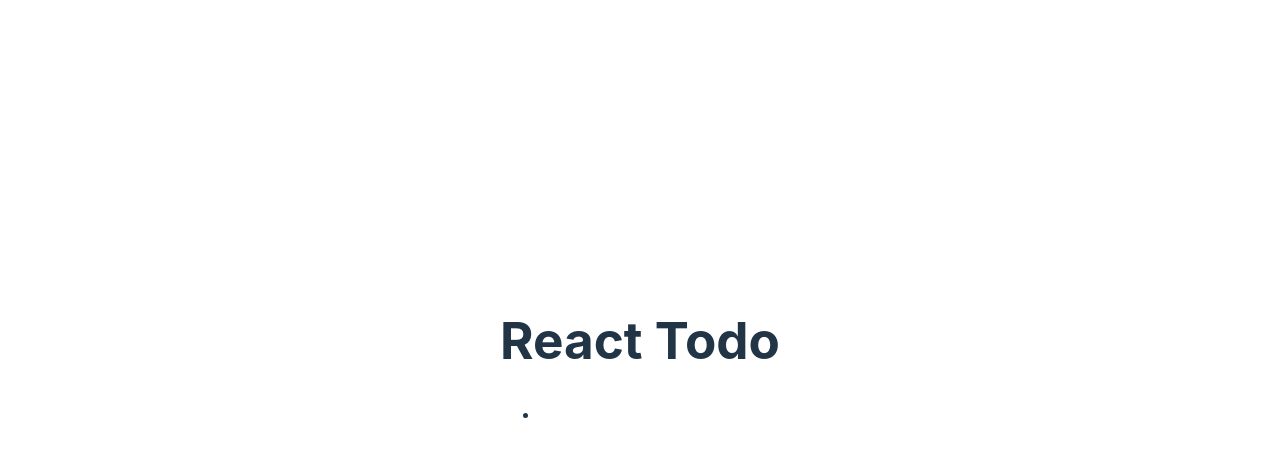
Repository: feyroozecode/React-Todo
Page: /
An editor plug-in stored every save of this project. The page is shown before and after the next save, followed by the edit.
The browser window is 1280 px wide. The pictures show the whole page.
The project was rebuilt for these pictures with package versions that can differ from the ones it lists, and the page was loaded fresh each time. Also part of the build but not shown: vite.config.js, src/components/add_field.jsx.

Above is the page before, as saved 2023-09-21 10:20:54.

### src/App.jsx
import { useState } from 'react'
import reactLogo from './assets/react.svg'
import viteLogo from '/vite.svg'
import './App.css'
import './components/add_field'

export default function App() {
  const [todo, setTodo]   = useState("")
  const [todos]           = useState([])
  const [count, setCount] = useState(0)



  // funcitons


  return (
    <>
      <div>
        <center> <h1> React Todo </h1> </center>
      </div>

      <div class="">
        <center>
           <ul>
              <li></li>
           </ul>
        </center>
      </div>

    <addTodo />

    <itemsList />

    </>
  )
}


function itemsList(todos) {
  todos.map((todo, index) =>{
   <ul>
     <li key={index}>
      { todo.text }
    </li>
   </ul>
  })
}

function addToList(todo) {

}

Loaded but not shown: index.html (common file); src/main.jsx (common file); src/index.css (common file); src/App.css (common file)

After the next save:
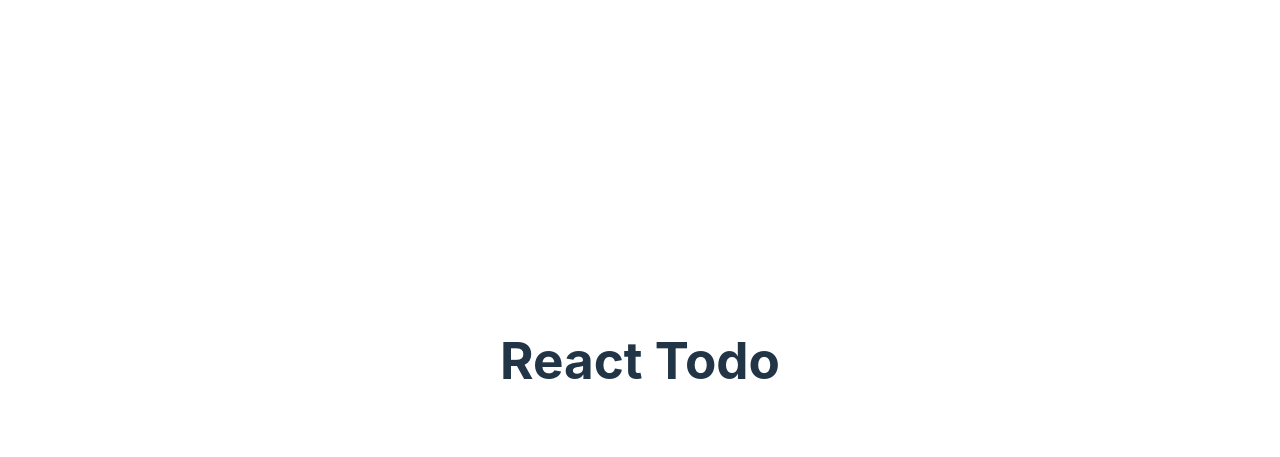
Saved 97 s later.
--- a/src/App.jsx
+++ b/src/App.jsx
@@ -18,14 +18,6 @@
     <>
       <div>
         <center> <h1> React Todo </h1> </center>
-      </div>
-
-      <div class="">
-        <center>
-           <ul>
-              <li></li>
-           </ul>
-        </center>
       </div>
 
     <addTodo />
